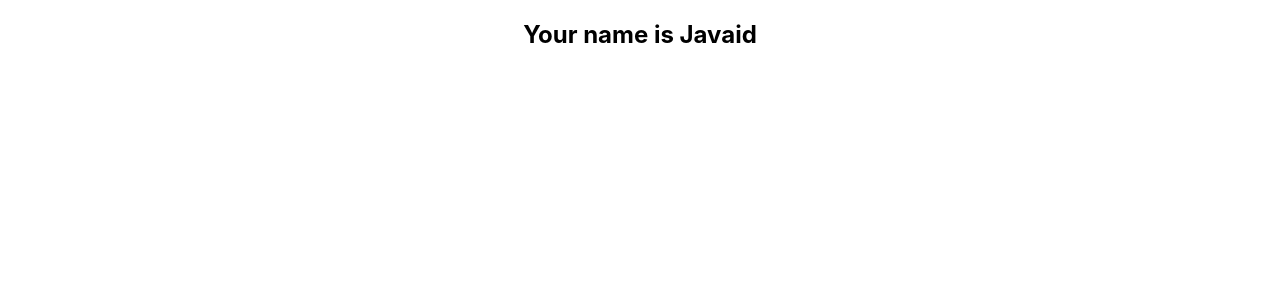
Repository: JavaidAhmadKhan/robo-friends-2.0
Page: /
The author's editor kept a copy of each file at every save. The page is drawn from the files as they stood at one save, then again after the next save.
The browser window is 1280 px wide. The pictures show the whole page.
The project was rebuilt for these pictures with package versions that can differ from the ones it lists, and the page was loaded fresh each time.

Above is the page before, as saved 2022-04-18 22:43:45.

### public/index.html
<!DOCTYPE html>
<html lang="en">
  <head>
    <meta charset="utf-8" />
    <link rel="icon" href="%PUBLIC_URL%/favicon.ico" />
    <meta name="viewport" content="width=device-width, initial-scale=1" />
    <meta name="theme-color" content="#000000" />
    <meta
      name="description"
      content="Web site created using create-react-app"
    />
    <link rel="apple-touch-icon" href="%PUBLIC_URL%/logo192.png" />
    <!--
      manifest.json provides metadata used when your web app is installed on a
      user's mobile device or desktop. See https://developers.google.com/web/fundamentals/web-app-manifest/
    -->
    <link rel="manifest" href="%PUBLIC_URL%/manifest.json" />
    <!--
      Notice the use of %PUBLIC_URL% in the tags above.
      It will be replaced with the URL of the `public` folder during the build.
      Only files inside the `public` folder can be referenced from the HTML.

      Unlike "/favicon.ico" or "favicon.ico", "%PUBLIC_URL%/favicon.ico" will
      work correctly both with client-side routing and a non-root public URL.
      Learn how to configure a non-root public URL by running `npm run build`.
    -->
    <title>Robo Friends 2.0</title>
  </head>
  <body>
    <noscript>You need to enable JavaScript to run this app.</noscript>
    <div id="root"></div>
    <!--
      This HTML file is a template.
      If you open it directly in the browser, you will see an empty page.

      You can add webfonts, meta tags, or analytics to this file.
      The build step will place the bundled scripts into the <body> tag.

      To begin the development, run `npm start` or `yarn start`.
      To create a production bundle, use `npm run build` or `yarn build`.
    -->
  </body>
</html>

### src/App.js
import { Component } from "react";
import "./App.css";

class App extends Component {
  constructor() {
    super();

    this.state = {
      name: "Javaid",
      age: 29,
    };
  }

  render() {
    return (
      <div className="App">
        <h2>Your name is {this.state.name}</h2>
      </div>
    );
  }
}

export default App;

Loaded but not shown: src/index.js (common file); src/index.css (common file); src/reportWebVitals.js (common file); src/App.css (common file)

After the next save:
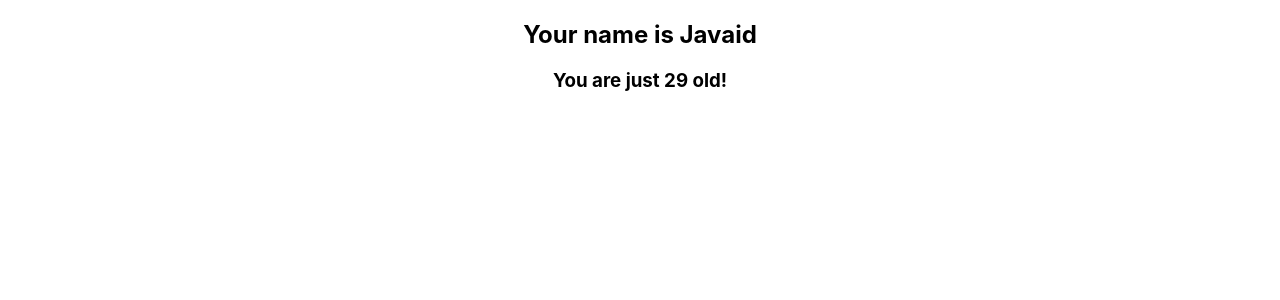
Saved 24 s later.
--- a/src/App.js
+++ b/src/App.js
@@ -15,6 +15,7 @@ class App extends Component {
     return (
       <div className="App">
         <h2>Your name is {this.state.name}</h2>
+        <h3>You are just {this.state.age} old! </h3>
       </div>
     );
   }
